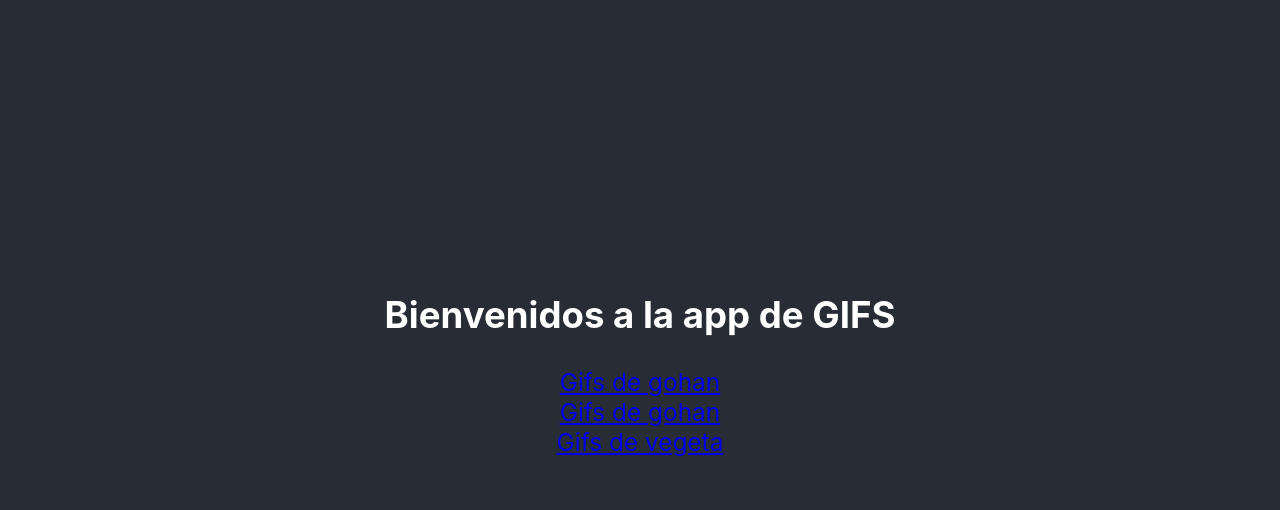
Repository: DamianBermudez94/buscador-gifs
Page: /
An editor plug-in stored every save of this project. The page is shown before and after the next save, followed by the edit.
The browser window is 1280 px wide. The pictures show the whole page.
The project was rebuilt for these pictures with package versions that can differ from the ones it lists, and the page was loaded fresh each time. Also part of the build but not shown: src/component/gifs.css, src/component/gif.js, src/api/urlApi.js, src/component/ListOfGifs.js.

Above is the page before, as saved 2022-10-10 16:15:46.

After the next save:
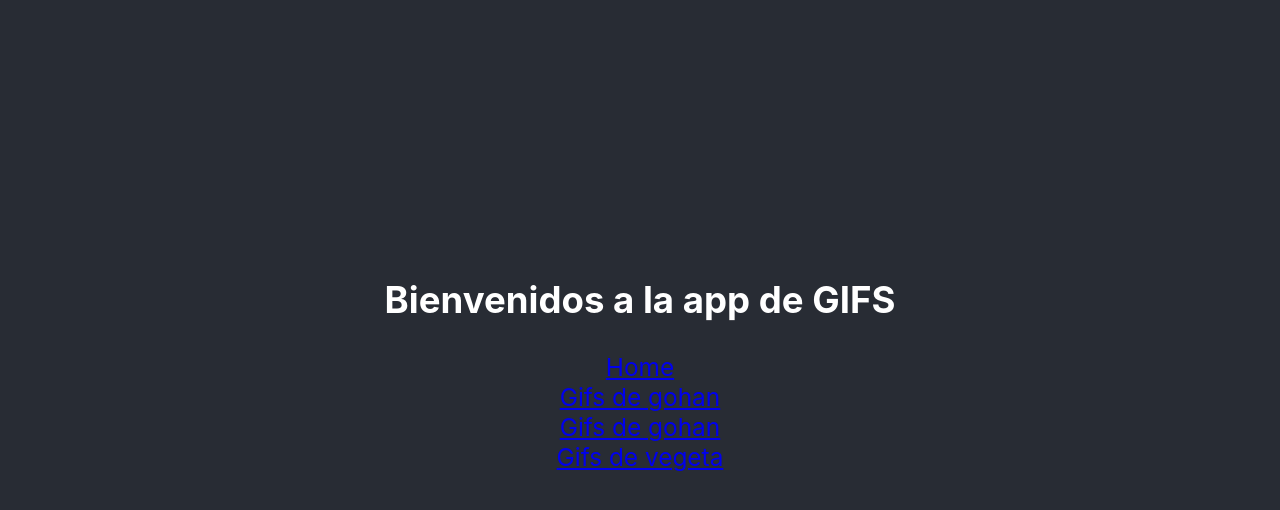
Saved 3 min 1 s later.
--- a/src/App.js
+++ b/src/App.js
@@ -9,7 +9,7 @@ export function App() {
     <div className="App">
       <section className="App-content">
           <h1>Bienvenidos a la app de GIFS</h1>
-
+          <Link to="/">Home</Link>
           <Link to="/gif/gohan"> Gifs de gohan</Link>
           <Link to="/gif/majinbu"> Gifs de gohan</Link>
           <Link to="/gif/vegeta"> Gifs de vegeta</Link>
